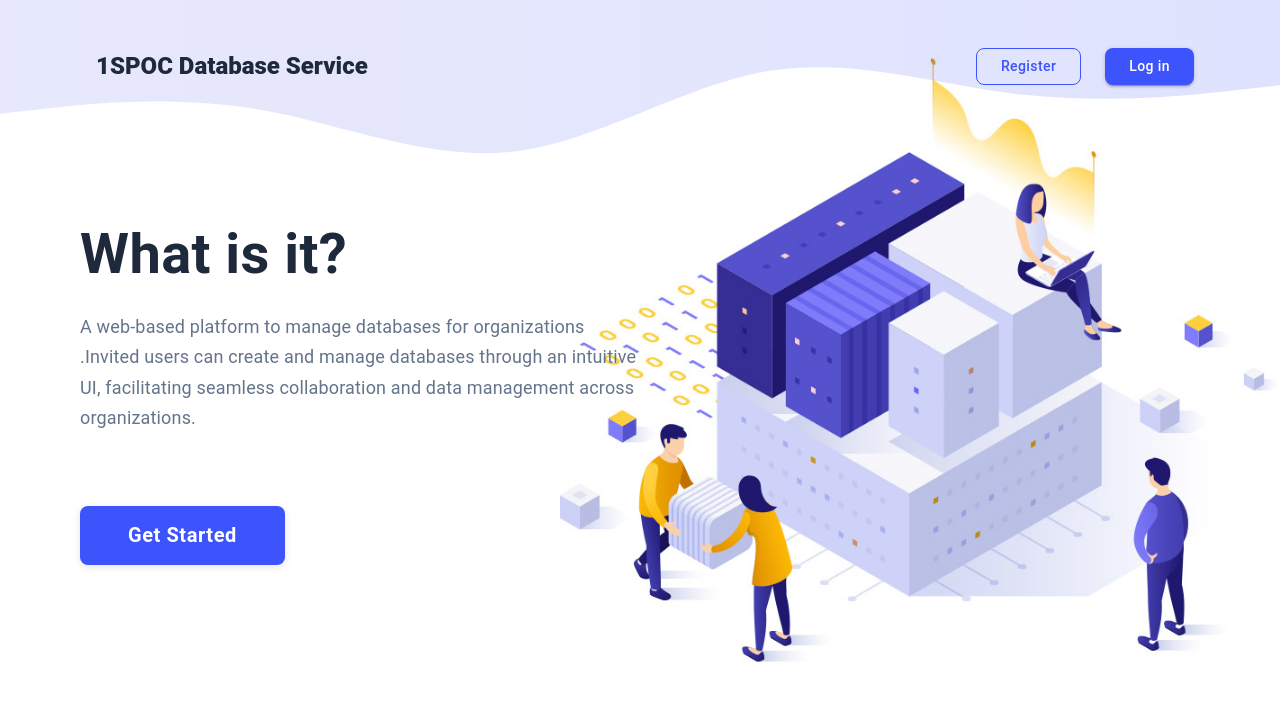
Repository: TanmayVaidya742/DbService
Page: / (app in frontend/)
The author's editor kept a copy of each file at every save. The page is drawn from the files as they stood at one save, then again after the next save.
The browser window is 1280 px wide. The pictures show the whole page.
The page's requests for data from a server got no answer. The project was rebuilt for these pictures with package versions that can differ from the ones it lists, and the page was loaded fresh each time. No one was signed in, and anything a server would have sent is missing. Also part of the build but not shown: frontend/src/components/Login.js, frontend/src/components/Register.js, frontend/src/components/Dashboard.js, frontend/src/components/AddDatabaseDialog.js, frontend/src/components/UserDashboard.js, frontend/src/components/Organizations.js, frontend/src/components/EditTableDialog.js, frontend/src/components/CreateTableDialog.js and 3 more.

Above is the page before, as saved 2025-05-08 10:53:57.

After the next save:
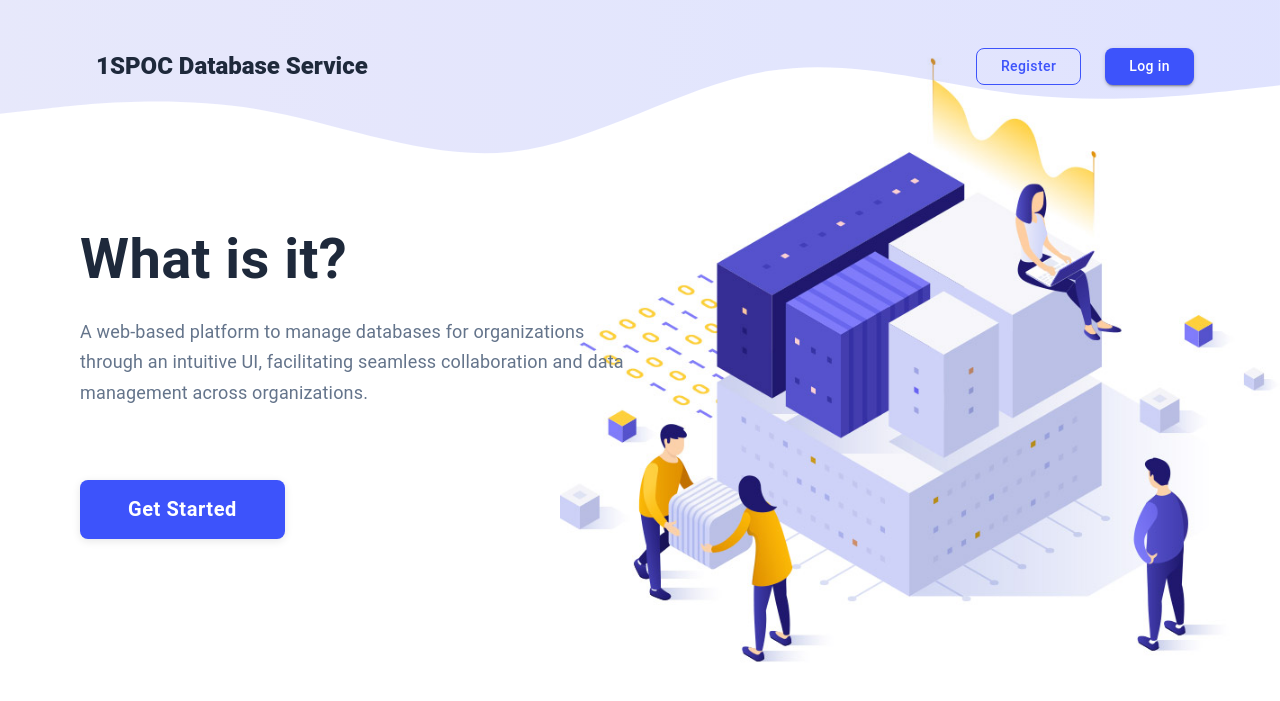
Saved 9 s later.
--- a/frontend/src/components/LandingPage.js
+++ b/frontend/src/components/LandingPage.js
@@ -192,7 +192,7 @@ const LandingPage = () => {
                     whiteSpace: 'normal',
                   }}
                 >
-                  A web-based platform to manage databases for organizations .Invited users can create and manage databases through an intuitive UI, facilitating seamless collaboration and data management across organizations.
+                  A web-based platform to manage databases for organizations through an intuitive UI, facilitating seamless collaboration and data management across organizations.
                 </Typography>
                 <ButtonGroup
                 sx={{ml: 4}}>
